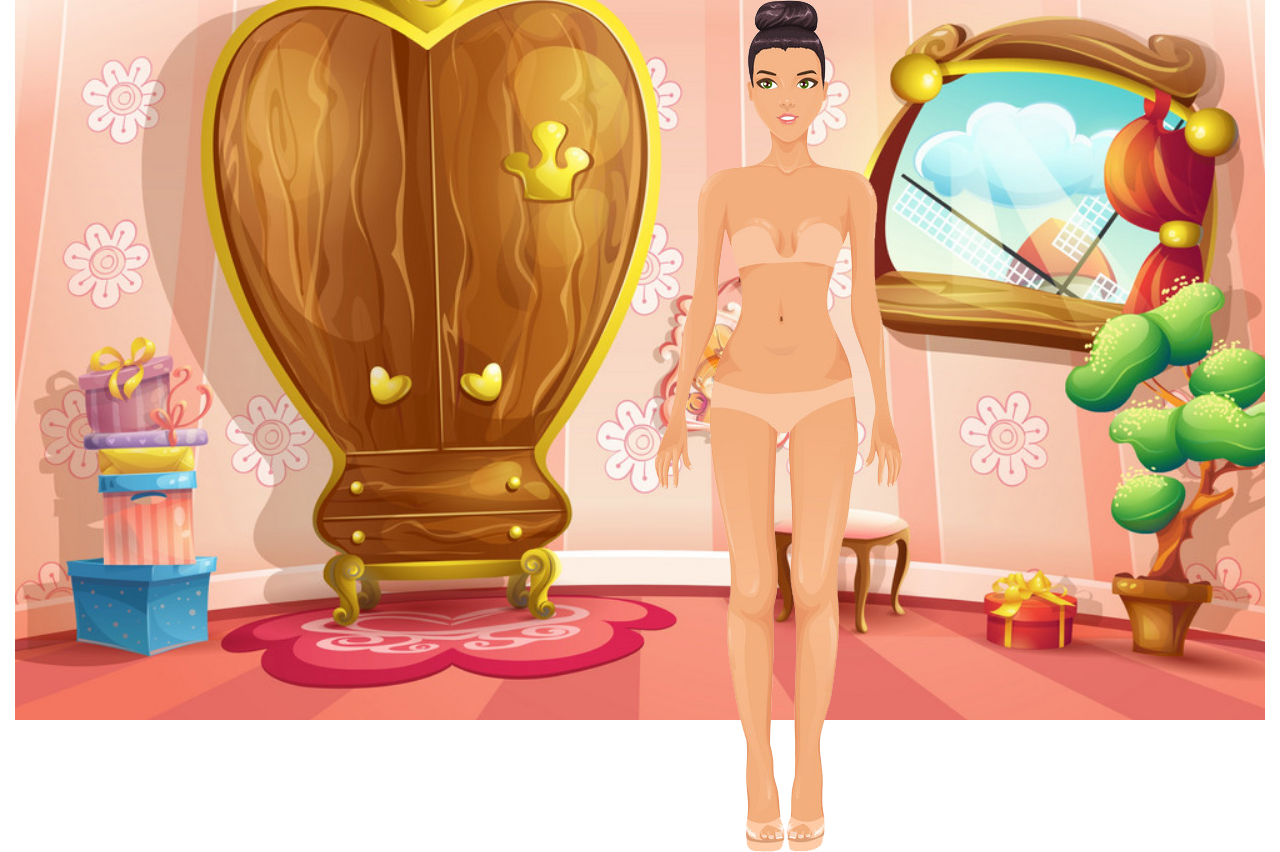
Repository: bunbubam/GameThayDoReactjs_NguyenKhacNghia
Page: /
The author's editor kept a copy of each file at every save. The page is drawn from the files as they stood at one save, then again after the next save.
The browser window is 1280 px wide. The pictures show the whole page.
The project was rebuilt for these pictures with package versions that can differ from the ones it lists, and the page was loaded fresh each time.

Above is the page before, as saved 2022-03-30 14:48:49.

After the next save:
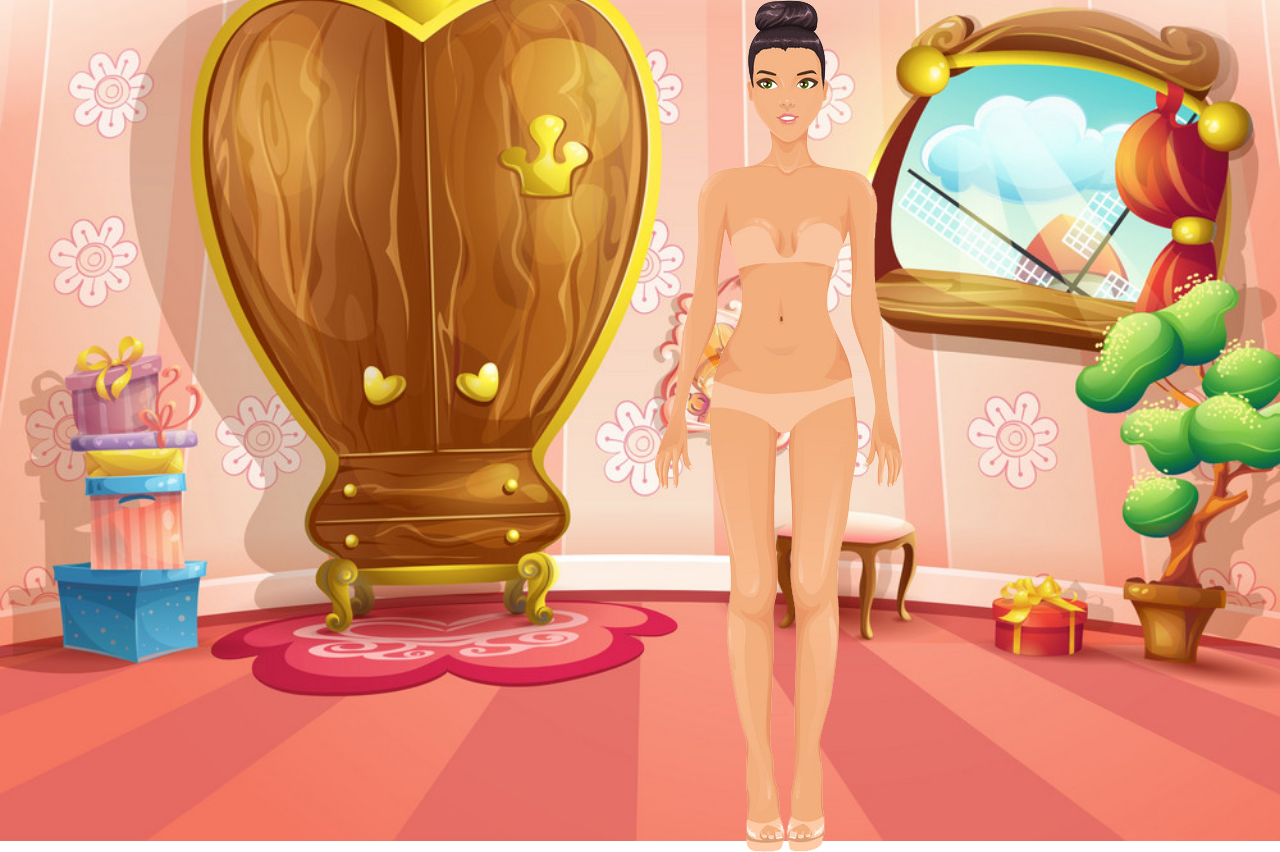
Saved 17 s later.
--- a/src/App.css
+++ b/src/App.css
@@ -1,6 +1,6 @@
-.dress-main {
-    height: 100vh;
+body {
     background: url(gamethaydo/images/dress-room.jpg) no-repeat;
     background-position: 50% 53%;
     background-size: cover;
 }
+.dress-main {height: 100vh;}
